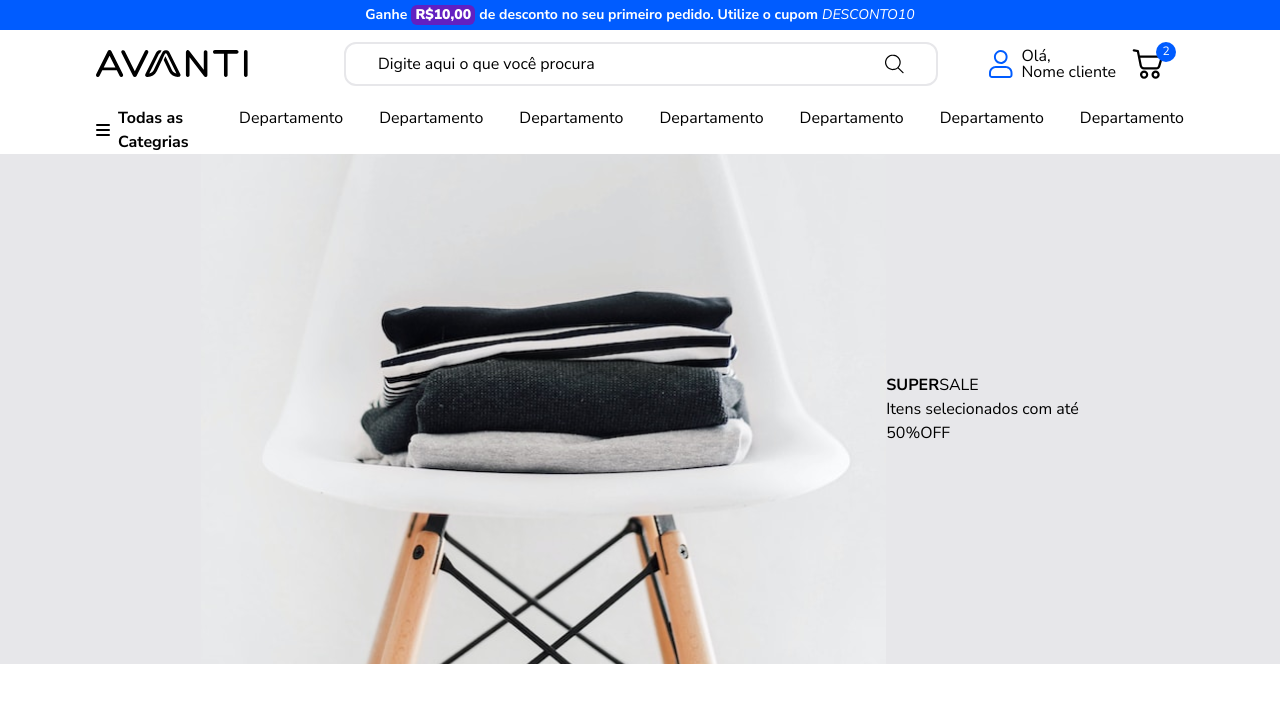
Repository: chidekina/avanti-01
Page: index.html
An editor plug-in stored every save of this project. The page is shown before and after the next save, followed by the edit.
The browser window is 1280 px wide. The pictures show the whole page.

Above is the page before, as saved 2025-04-04 14:25:18.

After the next save:
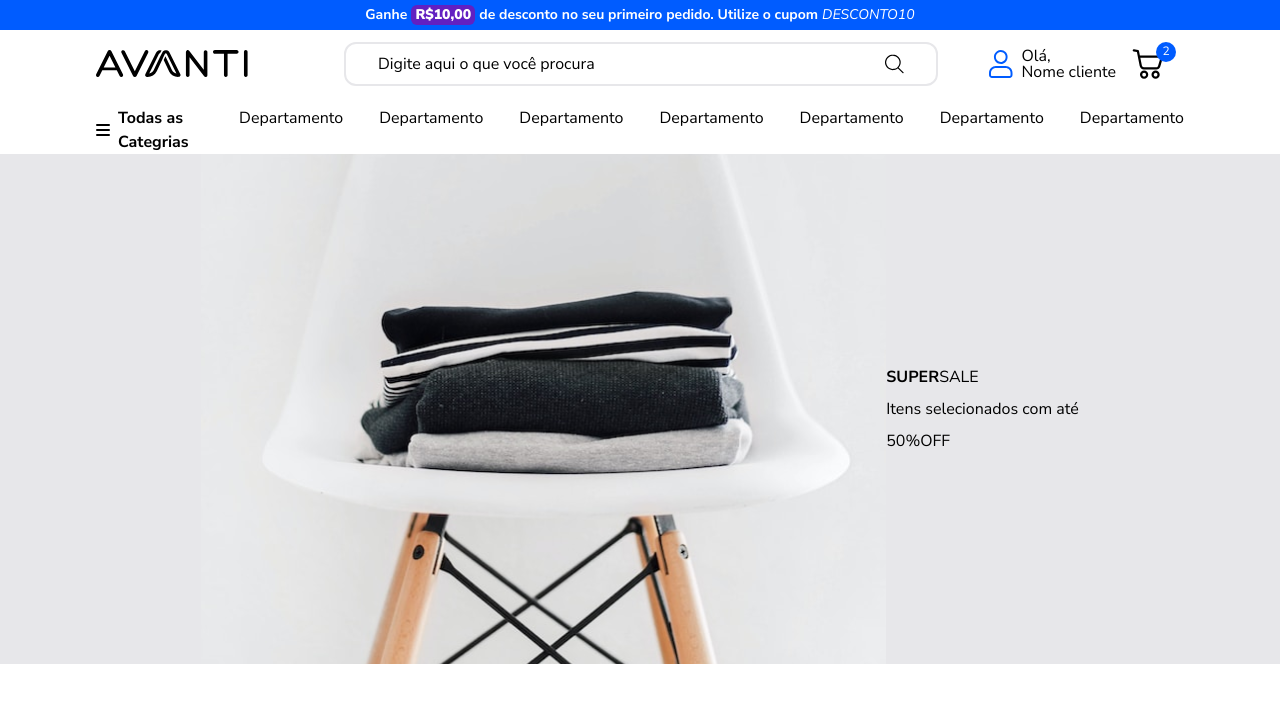
Saved 4 s later.
--- a/index.html
+++ b/index.html
@@ -63,7 +63,7 @@
     <main>
       <section class="flex justify-center items-center w-full height-[510px] bg-(--bg-color)">
         <img src="./assets/chair.svg" alt="Foto de uma cadeira com roupas dobradas em cima" />
-        <div class="flex flex-col ">
+        <div class="flex flex-col gap-2">
           <h1>
             <b>SUPER</b>SALE
           </h1>
